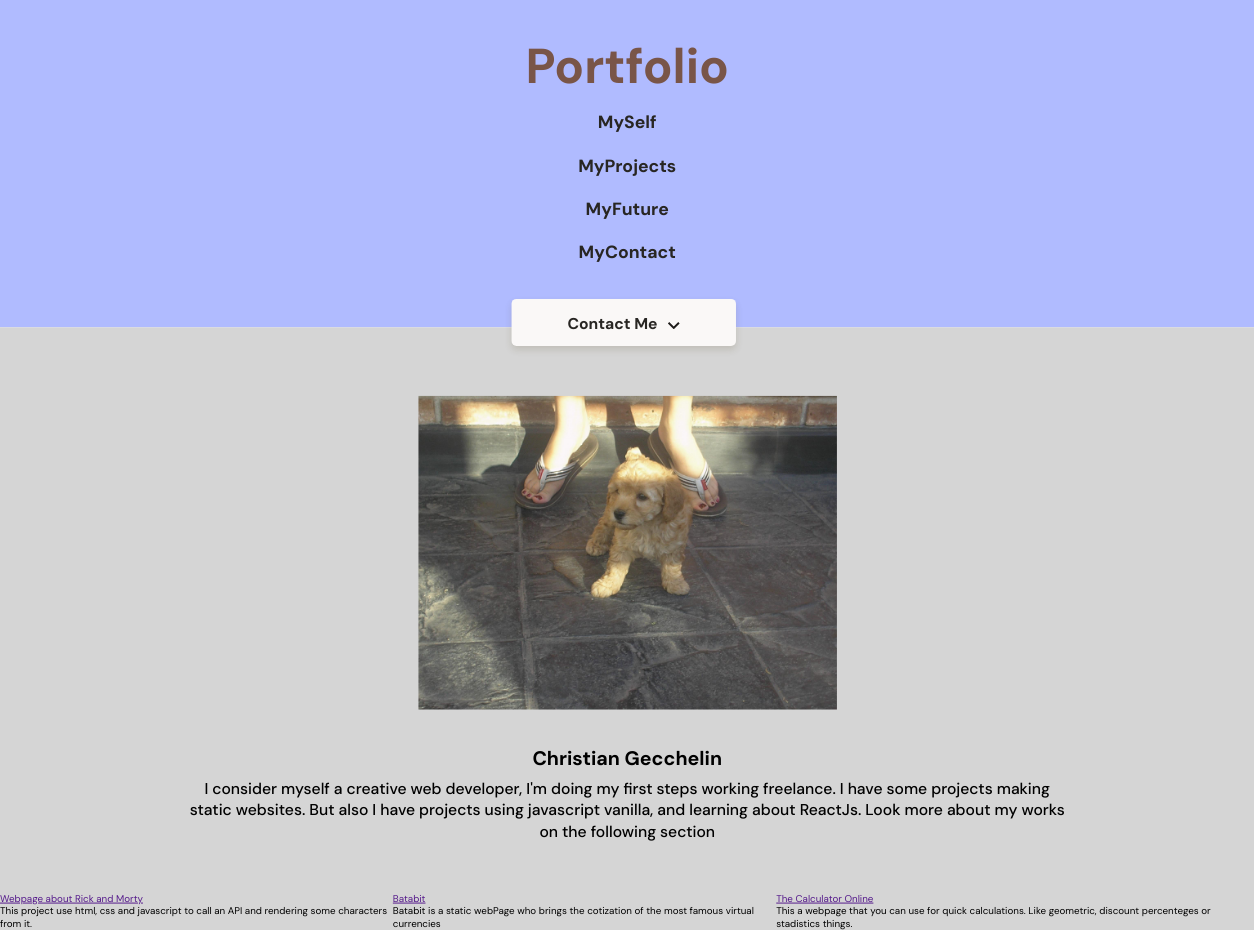
Repository: ChristianGecchelin/PortfolioOnline
Page: index.html
These files come from the project's save history. The page is drawn as it stood at one moment and after the next save; the edit follows.
The browser window is 1280 px wide. The pictures show the whole page, at 98% of full size.

Above is the page before, as saved 2022-01-08 21:24:23.

After the next save:
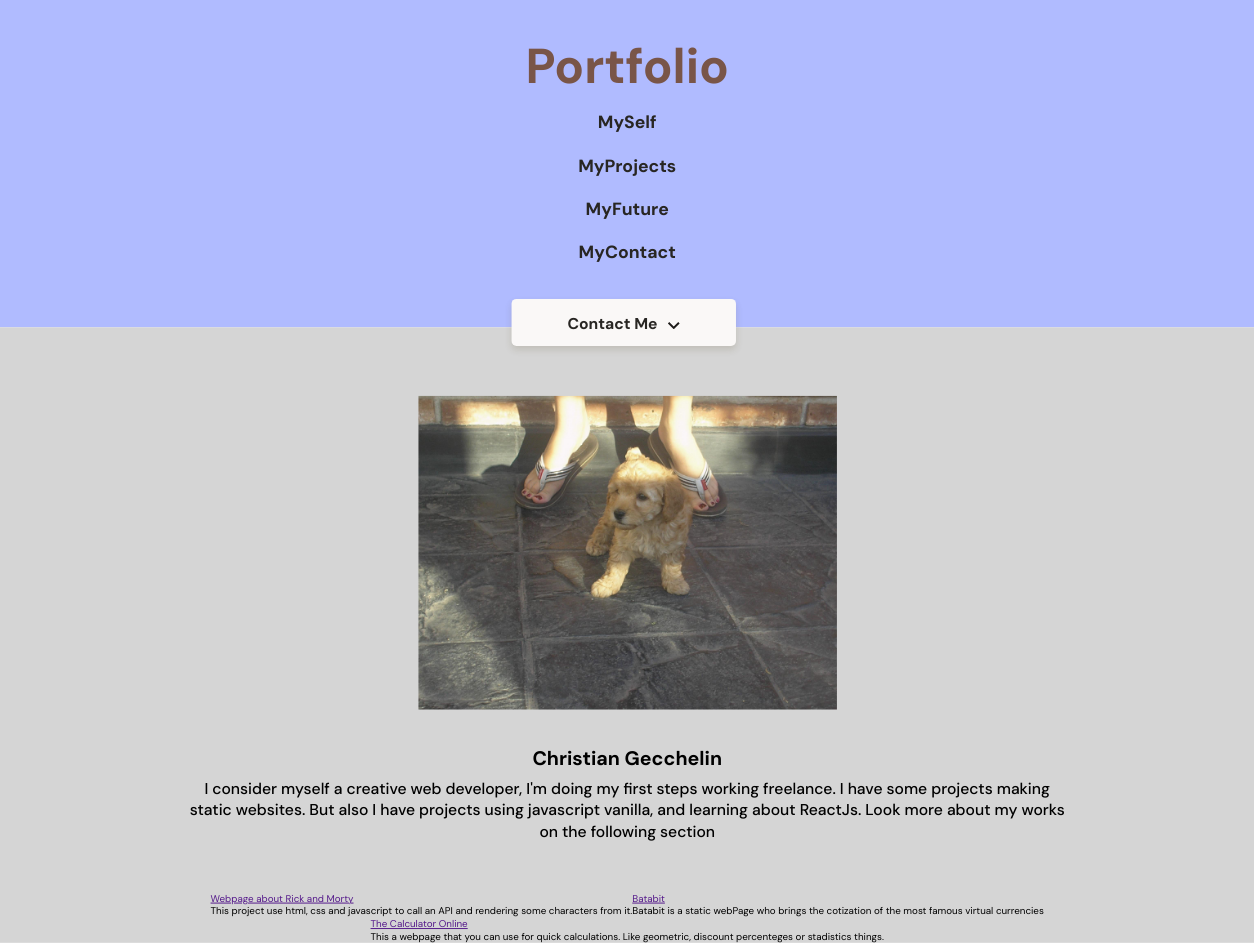
Saved 21 s later.
--- a/styles/styles.css
+++ b/styles/styles.css
@@ -130,6 +130,6 @@ main .principalContainer-mySelf {
 .principalContainer-myProject {
   display: flex;
   flex-direction: row;
-  flex-wrap: nowrap;
+  flex-wrap: wrap;
   justify-content: center;
 }
